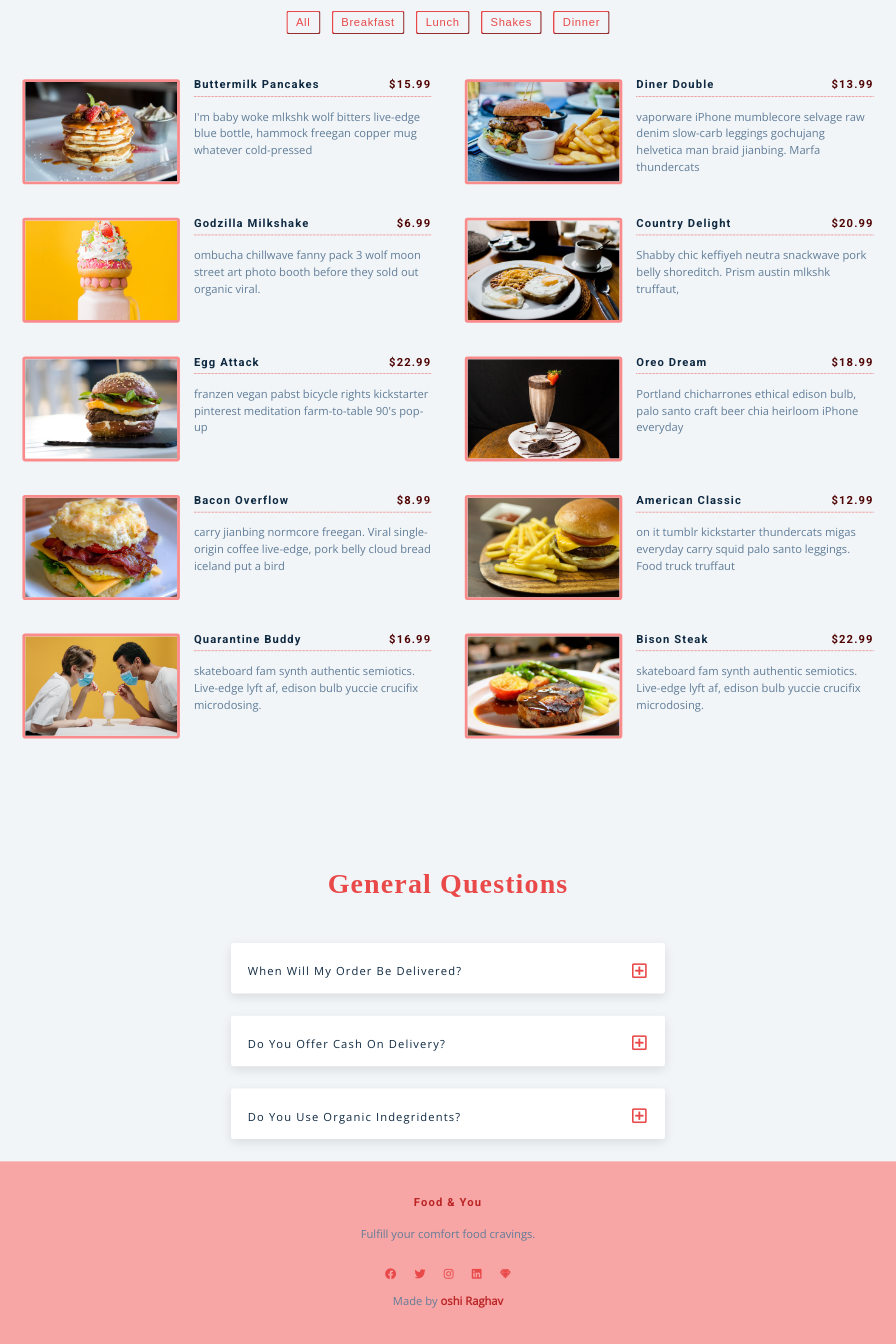
Repository: xoshiraghavx/Food-you
Page: index.html
These files come from the project's save history. The page is drawn as it stood at one moment and after the next save; the edit follows.
The browser window is 1280 px wide. The pictures show the part of the page from y = 1013 to 2933 px (the page is 2933 px tall), at 70% of full size.
Some web libraries are served in a nearby version.

Above is the page before, as saved 2022-12-03 08:54:23.

After the next save:
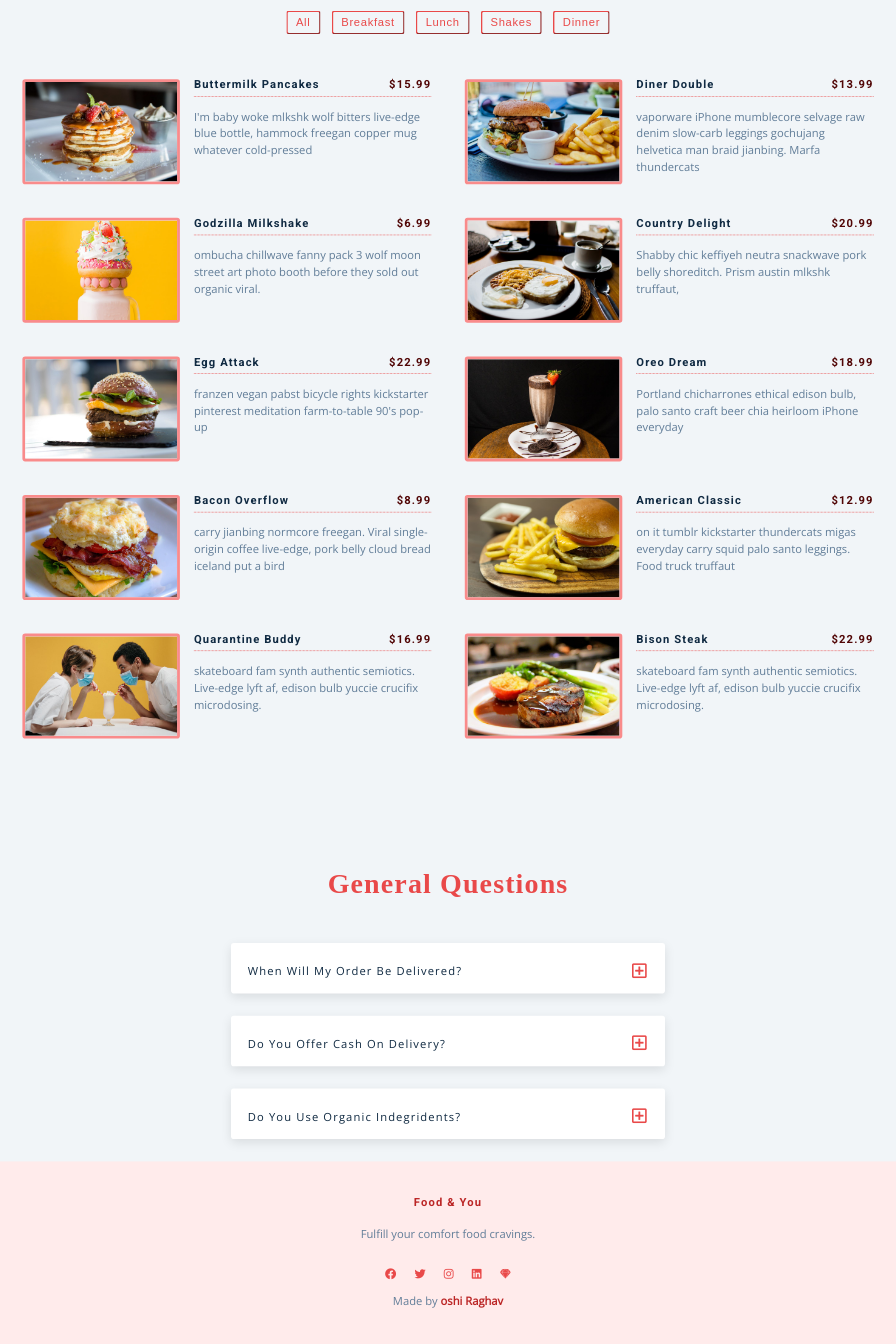
Saved 7 s later.
--- a/styles.css
+++ b/styles.css
@@ -519,7 +519,7 @@ Questions
   width: 100%;
   text-align: center;
   padding: 30px 0;
-  background: var(--clr-primary-8);
+  background: var(--clr-primary-10);
 }
 .footer h4{
   margin-bottom: 25px;
